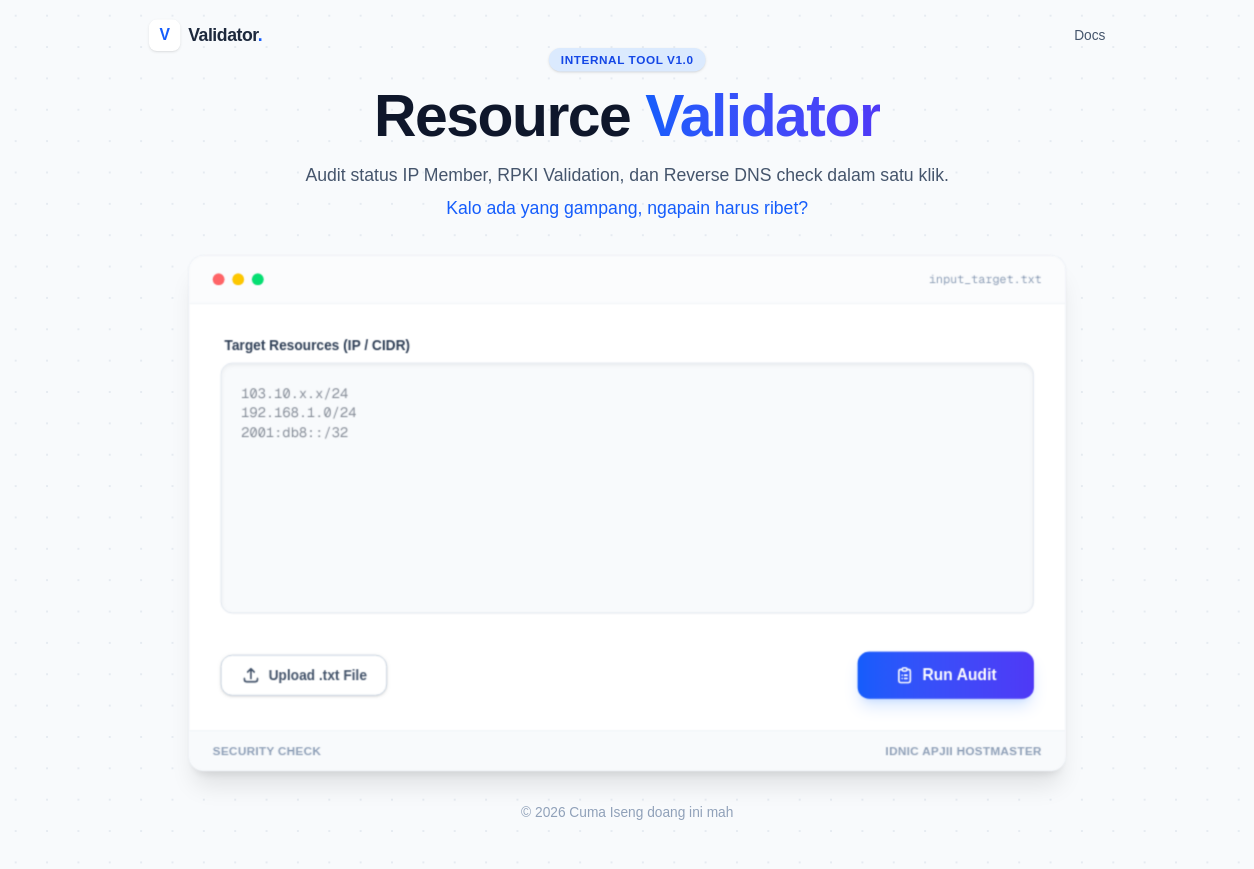
Repository: KilluaProject/resource_validator
Page: /
An editor plug-in stored every save of this project. The page is shown before and after the next save, followed by the edit.
The browser window is 1280 px wide. The pictures show the whole page, at 98% of full size.
The project was rebuilt for these pictures with package versions that can differ from the ones it lists, and the page was loaded fresh each time. The framework's server and built-in components were replaced by stand-ins that run in the browser. Also part of the build but not shown: next.config.ts, components/ResultModal.tsx.

Above is the page before, as saved 2026-01-08 01:20:58.

### app/layout.tsx
import type { Metadata } from "next";
import { Geist, Geist_Mono } from "next/font/google";
import "./globals.css";
import Navbar from "@/components/Navber";

const geistSans = Geist({
  variable: "--font-geist-sans",
  subsets: ["latin"],
});

const geistMono = Geist_Mono({
  variable: "--font-geist-mono",
  subsets: ["latin"],
});

export const metadata: Metadata = {
  title: "Resource Validator",
  description: "Whois, RPKI, & Reverse DNS dalam satu klik",
};

export default function RootLayout({
  children,
}: Readonly<{
  children: React.ReactNode;
}>) {
  return (
    <html lang="en">
      <body
        className={`${geistSans.variable} ${geistMono.variable} antialiased`}
      >
        <Navbar/>
        {children}
      </body>
    </html>
  );
}

### app/page.tsx
"use client";

import { useState } from "react";
import { ScanResult } from "@/types";
import { downloadCSV } from "@/libs/csvHelper";
import ResultModal from "@/components/ResultModal";

export default function Home() {
  // === STATE MANAGEMENT (SAMA KEK KEMAREN) ===
  const [inputText, setInputText] = useState("");
  const [loading, setLoading] = useState(false);
  const [modalData, setModalData] = useState<ScanResult[] | null>(null);

  const handleFileUpload = (e: React.ChangeEvent<HTMLInputElement>) => {
    const file = e.target.files?.[0];
    if (!file) return;
    const reader = new FileReader();
    reader.onload = (event) => {
      if (event.target?.result) setInputText(event.target.result as string);
    };
    reader.readAsText(file);
  };

  const handleScan = async () => {
    if (!inputText.trim()) {
      alert("⚠️ IP-nya mana bro? Kosong nih!");
      return;
    }
    setLoading(true);
    setModalData(null);

    try {
      const response = await fetch('/api/scan', {
        method: "POST",
        headers: { "Content-Type": "application/json" },
        body: JSON.stringify({ raw_text: inputText }),
      });

      if (!response.ok) throw new Error("Gagal konek ke backend");
      const data: ScanResult[] = await response.json();

      if (data.length > 10) {
        downloadCSV(data);
        alert(`🚀 Berhasil scan ${data.length} IP! Laporan otomatis di-download.`);
      } else {
        setModalData(data);
      }
    } catch (error) {
      console.error(error);
      alert("❌ Error: Backend Python belum nyala atau timeout.");
    } finally {
      setLoading(false);
    }
  };

  return (
    // === BACKGROUND DENGAN GRID PATTERN HALUS ===
    <main className="min-h-screen bg-slate-50 relative overflow-hidden flex flex-col items-center py-12 px-4 sm:px-6">

      {/* Background Decoration (Grid) */}
      <div className="absolute inset-0 z-0 opacity-[0.4]"
           style={{ backgroundImage: 'radial-gradient(#cbd5e1 1px, transparent 1px)', backgroundSize: '32px 32px' }}>
      </div>

      {/* Gradient Blob (Pemanis) */}
      <div className="absolute top-0 left-1/2 -translate-x-1/2 w-[800px] h-[400px] bg-blue-200/40 blur-[100px] rounded-full -z-10 pointer-events-none"></div>

      <div className="w-full max-w-4xl z-10 flex flex-col gap-8">

        {/* === HEADER SECTION === */}
        <div className="text-center space-y-4">
          <span className="inline-block py-1 px-3 rounded-full bg-blue-100 text-blue-700 text-xs font-bold tracking-wider uppercase shadow-sm">
            Internal Tool v1.0
          </span>
          <h1 className="text-5xl md:text-6xl font-extrabold tracking-tight text-slate-900">
            Resource <span className="text-transparent bg-clip-text bg-gradient-to-r from-blue-600 to-indigo-600">Validator</span>
          </h1>
          <p className="text-lg text-slate-600 max-w-2xl mx-auto leading-relaxed">
            Audit status IP Member, RPKI Validation, dan Reverse DNS check dalam satu klik.
            <span className="block mt-1 font-medium text-blue-600">Kalo ada yang gampang, ngapain harus ribet?</span>
          </p>
        </div>

        {/* === CARD UTAMA === */}
        <div className="bg-white rounded-2xl shadow-xl border border-slate-200/60 overflow-hidden backdrop-blur-sm">

          {/* Card Header */}
          <div className="bg-slate-50/50 px-6 py-4 border-b border-slate-100 flex justify-between items-center">
            <div className="flex gap-2">
              <div className="w-3 h-3 rounded-full bg-red-400"></div>
              <div className="w-3 h-3 rounded-full bg-yellow-400"></div>
              <div className="w-3 h-3 rounded-full bg-green-400"></div>
            </div>
            <span className="text-xs font-mono text-slate-400">input_target.txt</span>
          </div>

          <div className="p-6 md:p-8 space-y-6">

            {/* INPUT AREA */}
            <div className="relative group">
              <label className="block text-sm font-bold text-slate-700 mb-2 ml-1">
                Target Resources (IP / CIDR)
              </label>
              <textarea
                value={inputText}
                onChange={(e) => setInputText(e.target.value)}
                placeholder={"103.10.x.x/24\n192.168.1.0/24\n2001:db8::/32"}
                className="w-full h-64 p-5 bg-slate-50 border border-slate-200 rounded-xl focus:ring-2 focus:ring-blue-500 focus:border-blue-500 transition-all resize-none font-mono text-sm text-slate-800 shadow-inner group-hover:bg-white"
                spellCheck={false}
              />
              {/* Tombol Clear (Floating) */}
              {inputText && (
                <button
                  onClick={() => setInputText("")}
                  className="absolute top-10 right-4 text-xs bg-slate-200 hover:bg-red-100 hover:text-red-600 text-slate-500 px-3 py-1 rounded-md transition-colors font-medium z-20"
                >
                  Clear All
                </button>
              )}
            </div>

            {/* ACTION BAR */}
            <div className="flex flex-col md:flex-row gap-4 items-center justify-between pt-2">

              {/* File Upload (Custom Design) */}
              <div className="w-full md:w-auto">
                <label className="flex items-center justify-center gap-2 cursor-pointer bg-white border border-slate-300 hover:border-blue-400 hover:text-blue-600 text-slate-600 py-2.5 px-5 rounded-xl transition-all shadow-sm group">
                  <svg className="w-5 h-5 group-hover:scale-110 transition-transform" fill="none" stroke="currentColor" viewBox="0 0 24 24"><path strokeLinecap="round" strokeLinejoin="round" strokeWidth={2} d="M4 16v1a3 3 0 003 3h10a3 3 0 003-3v-1m-4-8l-4-4m0 0L8 8m4-4v12" /></svg>
                  <span className="text-sm font-semibold">Upload .txt File</span>
                  <input type="file" accept=".txt" onChange={handleFileUpload} className="hidden" />
                </label>
              </div>

              {/* Submit Button */}
              <button
                onClick={handleScan}
                disabled={loading}
                className={`w-full md:w-auto py-3 px-8 rounded-xl font-bold text-white transition-all shadow-lg shadow-blue-500/20 flex items-center justify-center gap-2 min-w-[180px]
                  ${loading
                    ? "bg-slate-400 cursor-not-allowed opacity-80"
                    : "bg-gradient-to-r from-blue-600 to-indigo-600 hover:to-indigo-700 hover:scale-[1.02]"
                  }`}
              >
                {loading ? (
                  <>
                    <svg className="animate-spin h-5 w-5 text-white" xmlns="http://www.w3.org/2000/svg" fill="none" viewBox="0 0 24 24">
                      <circle className="opacity-25" cx="12" cy="12" r="10" stroke="currentColor" strokeWidth="4"></circle>
                      <path className="opacity-75" fill="currentColor" d="M4 12a8 8 0 018-8V0C5.373 0 0 5.373 0 12h4zm2 5.291A7.962 7.962 0 014 12H0c0 3.042 1.135 5.824 3 7.938l3-2.647z"></path>
                    </svg>
                    <span className="animate-pulse">Analyzing...</span>
                  </>
                ) : (
                  <>
                    <svg className="w-5 h-5" fill="none" stroke="currentColor" viewBox="0 0 24 24"><path strokeLinecap="round" strokeLinejoin="round" strokeWidth={2} d="M9 5H7a2 2 0 00-2 2v12a2 2 0 002 2h10a2 2 0 002-2V7a2 2 0 00-2-2h-2M9 5a2 2 0 002 2h2a2 2 0 002-2M9 5a2 2 0 012-2h2a2 2 0 012 2m-3 7h3m-3 4h3m-6-4h.01M9 16h.01" /></svg>
                    <span>Run Audit</span>
                  </>
                )}
              </button>
            </div>

          </div>

          {/* Card Footer (Info) */}
          <div className="bg-slate-50 px-6 py-3 border-t border-slate-100 flex justify-between items-center text-[10px] md:text-xs text-slate-400 uppercase tracking-wide font-semibold">
            <span>Security Check</span>
            <span>IDNIC APJII Hostmaster</span>
          </div>

        </div>

        {/* Footer Text */}
        <p className="text-center text-slate-400 text-sm">
          &copy; {new Date().getFullYear()} Cuma Iseng doang ini mah
        </p>

      </div>

      {/* Modal Result */}
      {modalData && (
        <ResultModal
          data={modalData}
          onClose={() => {
            setModalData(null);
            setInputText("");
          }}
        />
      )}
    </main>
  );
}

### components/Navber.tsx
"use client";

import { useState, useEffect } from "react";
import Link from "next/link";

export default function Navbar() {
  const [scrolled, setScrolled] = useState(false);

  // Fungsi buat deteksi scroll
  useEffect(() => {
    const handleScroll = () => {
      // Kalo scroll lebih dari 10px, ubah state jadi true
      if (window.scrollY > 10) {
        setScrolled(true);
      } else {
        setScrolled(false);
      }
    };

    window.addEventListener("scroll", handleScroll);

    // Bersihin event listener pas pindah halaman (biar gak memory leak)
    return () => window.removeEventListener("scroll", handleScroll);
  }, []);

  return (
    <nav
      className={`fixed top-0 w-full z-40 transition-all duration-300 ease-in-out ${
        scrolled
          ? "bg-white/80 backdrop-blur-md border-b border-slate-200 shadow-sm py-3" // Style pas Scroll
          : "bg-transparent border-b border-transparent py-5" // Style pas di Pucuk (Polos)
      }`}
    >
      <div className="max-w-5xl mx-auto px-6 flex items-center justify-between">

        {/* Logo / Brand */}
        <Link href="/" className="flex items-center gap-2 group">
          <div className={`w-8 h-8 rounded-lg flex items-center justify-center font-bold shadow-md transition-all ${
             scrolled
              ? "bg-gradient-to-br from-blue-600 to-indigo-600 text-white"
              : "bg-white text-blue-600 shadow-sm"
          }`}>
            V
          </div>
          <span className="font-bold text-slate-800 tracking-tight text-lg">
            Validator<span className="text-blue-600">.</span>
          </span>
        </Link>

        {/* Menu Links */}
        <div className="flex gap-6">

          <Link href="/docs" className="text-sm font-medium text-slate-600 hover:text-blue-600 transition-colors">
            Docs
          </Link>
        </div>

      </div>
    </nav>
  );
}

### libs/csvHelper.ts
import { ScanResult } from "../types";

export const downloadCSV = (data: ScanResult[]) => {
  // HEADER LENGKAP
  const headers = [
    "Target CIDR",
    "Parent Netname",
    "Parent Inetnum",
    "Parent Description",
    "Sub-Allocations (Children)",
    "RPKI Status",
    "RPKI Detail",
    "IRR Objects",
    "Global Visibility",
    "Reverse DNS (PTR)"
  ];

  // DATA MAPPING
  const rows = data.map((item) => [
    item.cidr,
    item.parent_name,
    item.parent_net,
    item.parent_desc,
    item.children,
    item.rpki_status,
    item.rpki_detail,
    item.irr_objects,
    item.visibility,
    item.ptr_record,
  ]);

  const csvContent =
    "data:text/csv;charset=utf-8," +
    headers.join(",") + "\n" +
    rows.map((e) =>
      // Kita bungkus pake tanda kutip biar kalau ada koma di dalem teks gak hancur kolomnya
      e.map(cell => `"${String(cell).replace(/"/g, '""')}"`).join(",")
    ).join("\n");

  const encodedUri = encodeURI(csvContent);
  const link = document.createElement("a");
  link.setAttribute("href", encodedUri);
  link.setAttribute("download", `Full_Audit_Report_${new Date().toISOString().slice(0,10)}.csv`);
  document.body.appendChild(link);
  link.click();
  document.body.removeChild(link);
};

Loaded but not shown: app/globals.css (common file)

After the next save:
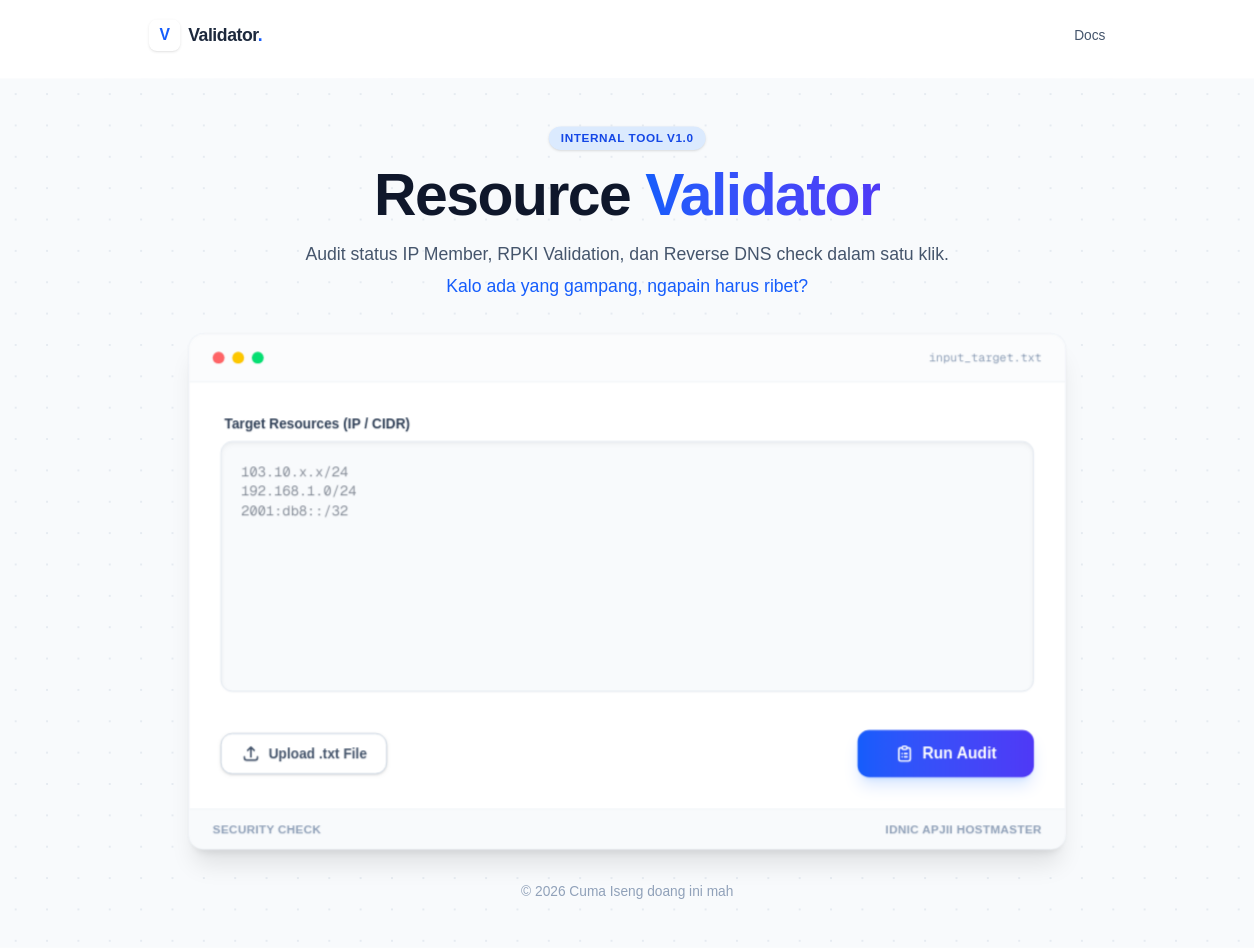
Saved 2 min 45 s later.
--- a/app/layout.tsx
+++ b/app/layout.tsx
@@ -29,7 +29,10 @@ export default function RootLayout({
         className={`${geistSans.variable} ${geistMono.variable} antialiased`}
       >
         <Navbar/>
-        {children}
+        <div className="pt-20">
+          {children}
+        </div>
+
       </body>
     </html>
   );
